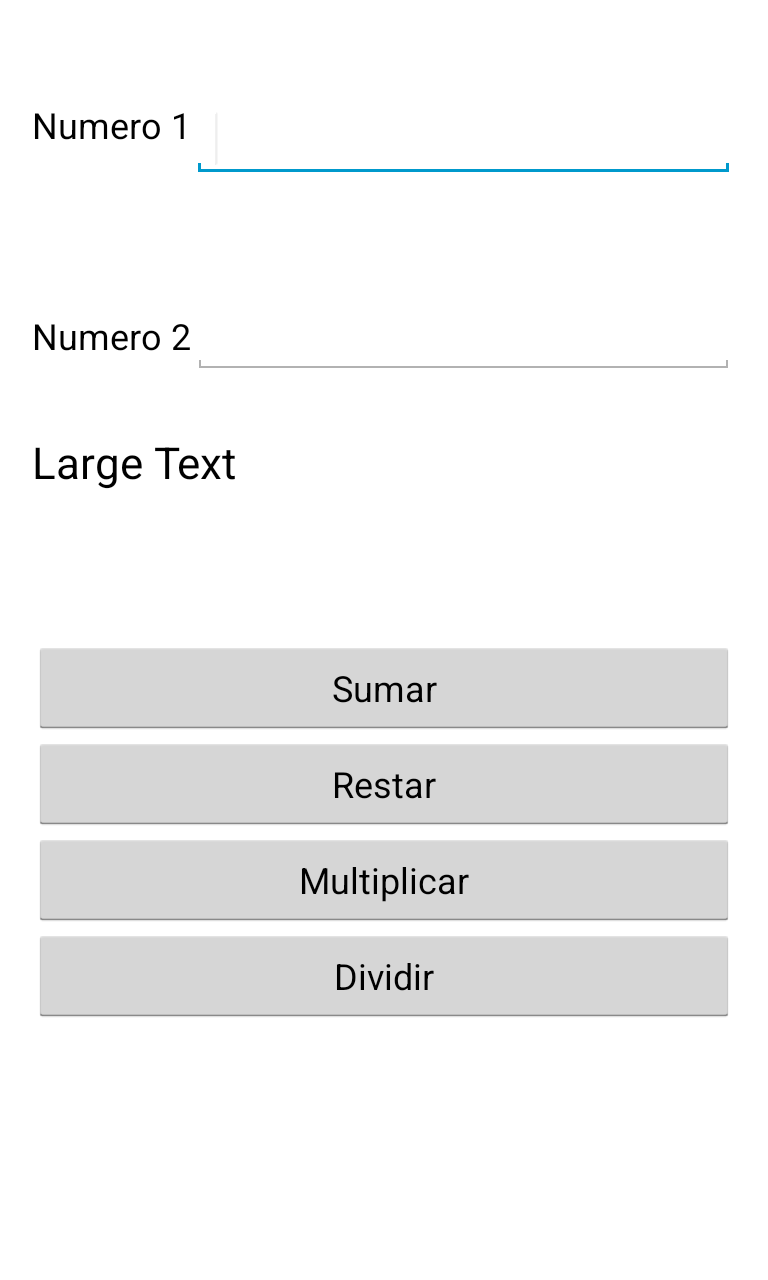
Repository: evervasquez/CursoAndroid
Layout: Precalculadora/res/layout/fragment_main.xml
The author's editor kept a copy of each file at every save. The layout is drawn from the files as they stood at one save, then again after the next save.
It is drawn on a 768 x 1280 px phone screen (xhdpi) without system bars, with theme AppTheme; the app's code is not run.

Above is the layout before, as saved 2014-04-29 03:42:07.

After the next save:
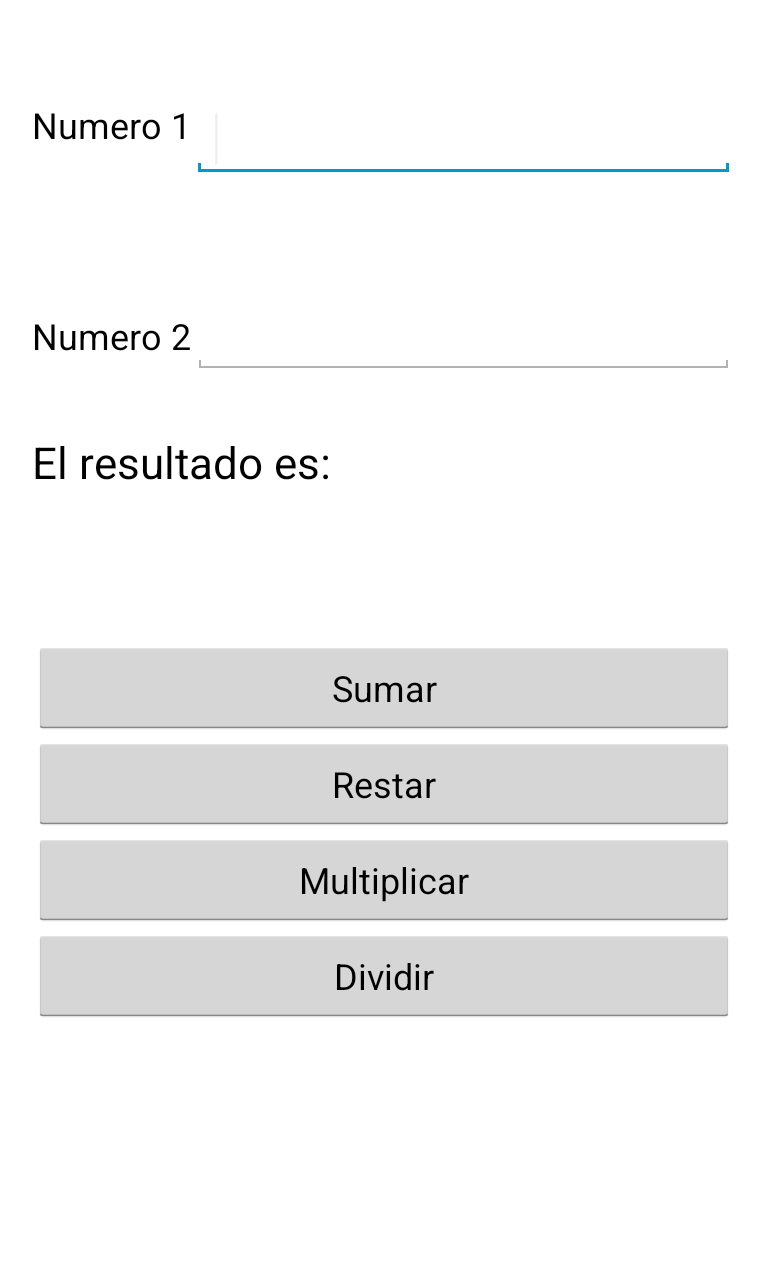
Saved 12 s later.
--- a/Precalculadora/res/layout/fragment_main.xml
+++ b/Precalculadora/res/layout/fragment_main.xml
@@ -66,7 +66,7 @@
             android:layout_below="@+id/editText2"
             android:layout_centerHorizontal="true"
             android:layout_marginTop="28dp"
-            android:text="Large Text"
+            android:text="@string/txt_res"
             android:textAppearance="?android:attr/textAppearanceLarge" />
 
     </RelativeLayout>
